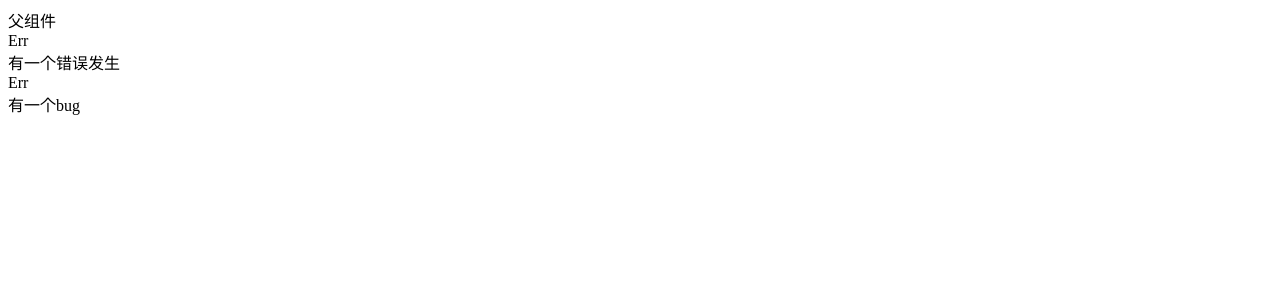
Repository: R1Deemo/Vue
Page: 07插槽.html
An editor plug-in stored every save of this project. The page is shown before and after the next save, followed by the edit.
The browser window is 1280 px wide. The pictures show the whole page.

Above is the page before, as saved 2022-11-14 10:22:11.

After the next save:
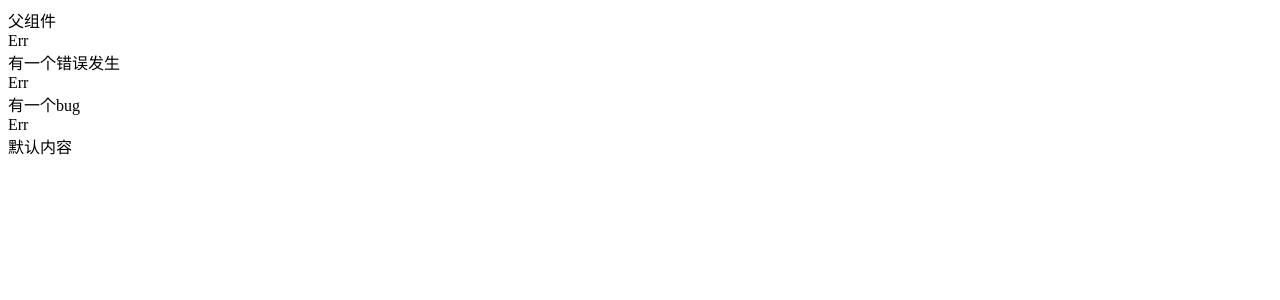
Saved 40 s later.
--- a/07插槽.html
+++ b/07插槽.html
@@ -13,6 +13,8 @@
         <div>父组件</div>
         <test-tom>有一个错误发生</test-tom>
         <test-tom>有一个bug</test-tom>
+        <test-tom></test-tom>
+
 
 
     </div>
@@ -22,7 +24,7 @@
             template: `
             <div>
            <div>Err</div>
-           <slot></slot>
+           <slot>默认内容</slot>
            </div>
            `
 
